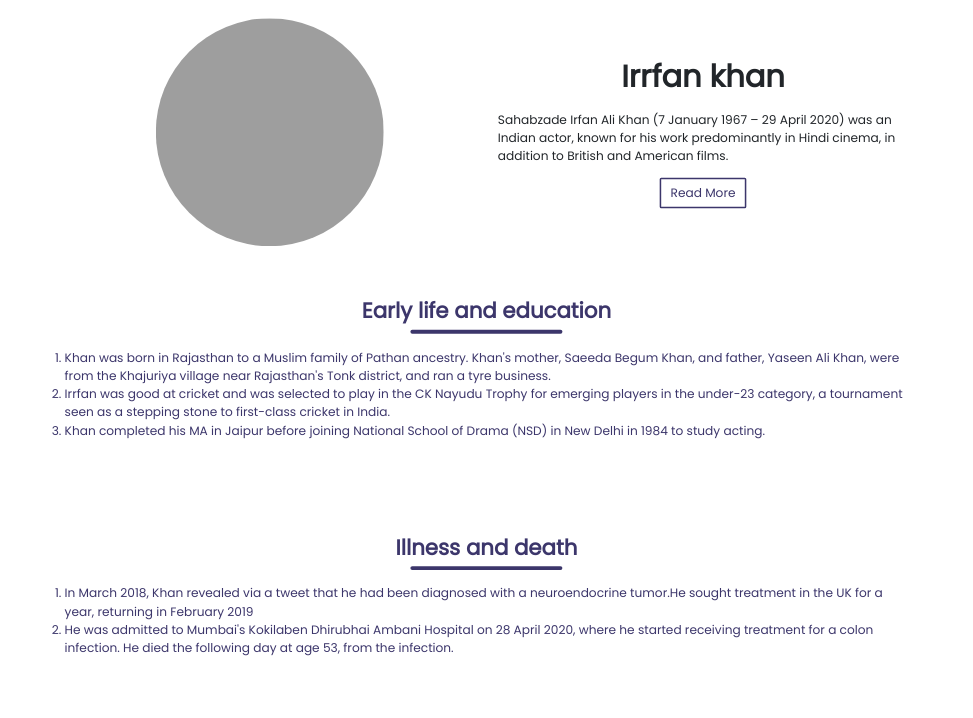
Repository: Mayur2905/OIBSIP
Page: Task-5/index.html
These files come from the project's save history. The page is drawn as it stood at one moment and after the next save; the edit follows.
The browser window is 1280 px wide. The pictures show the whole page, at 76% of full size.
Pictures or frames that could not be fetched are drawn as grey boxes.

Above is the page before, as saved 2022-02-04 14:54:35.

After the next save:
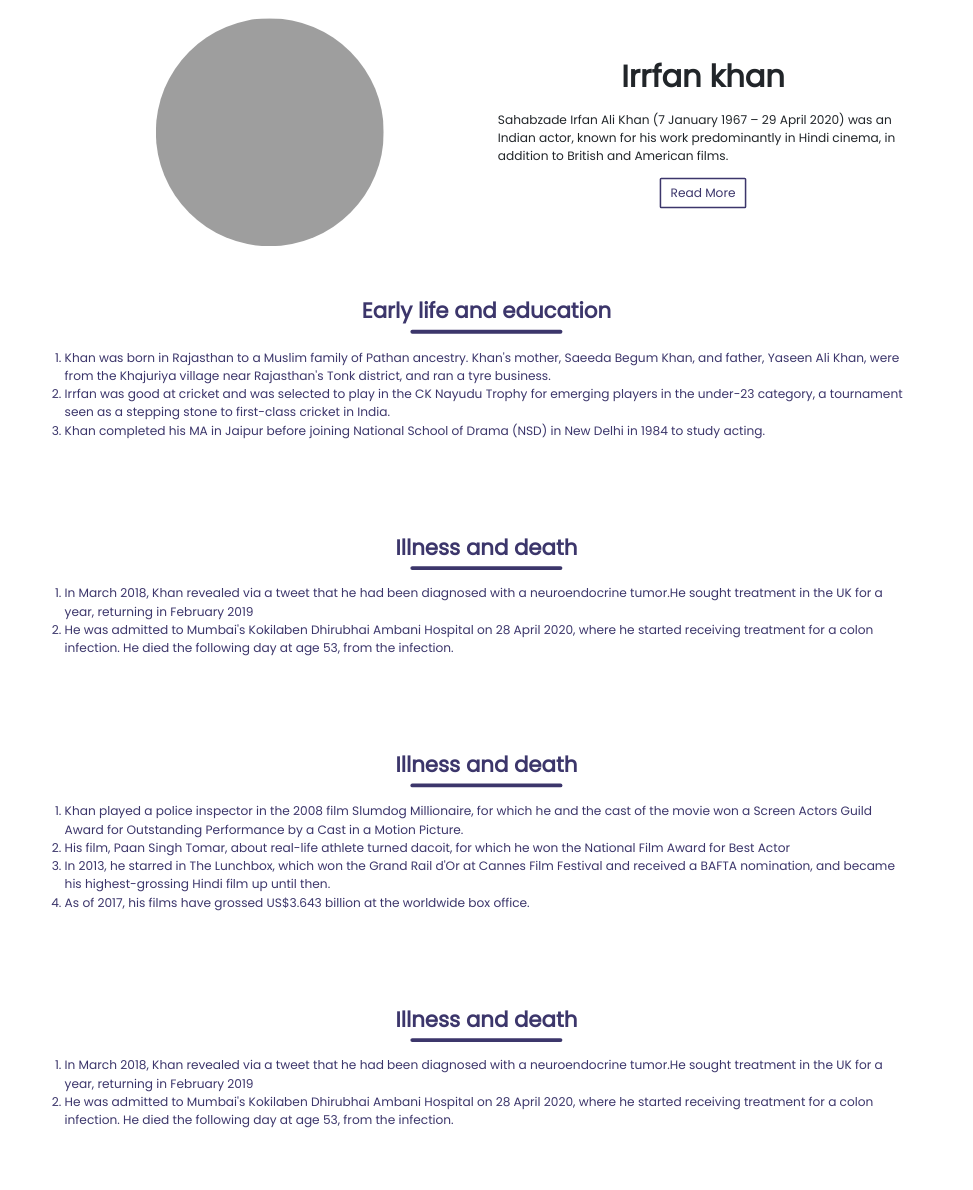
Saved 2 min 28 s later.
--- a/Task-5/index.html
+++ b/Task-5/index.html
@@ -57,7 +57,30 @@
                     <li> He was admitted to Mumbai's Kokilaben Dhirubhai Ambani Hospital on 28 April 2020, where he started receiving treatment for a colon infection. He died the following day at age 53, from the infection.</li>
             </ol>
         </div>
-
+    </section>
+    <section id="life">
+        <div class="container">
+            <h3 class="title text-center font-weight-bold">
+                Illness and death
+            </h3>
+            <ol class="py-4">
+                    <li> Khan played a police inspector in the 2008 film Slumdog Millionaire, for which he and the cast of the movie won a Screen Actors Guild Award for Outstanding Performance by a Cast in a Motion Picture.</li>
+                    <li> His film, Paan Singh Tomar, about real-life athlete turned dacoit, for which he won the National Film Award for Best Actor </li>
+                    <li>In 2013, he starred in The Lunchbox, which won the Grand Rail d'Or at Cannes Film Festival and received a BAFTA nomination, and became his highest-grossing Hindi film up until then.</li>
+                    <li>As of 2017, his films have grossed US$3.643 billion at the worldwide box office.</li>
+            </ol>
+        </div>
+    </section>
+    <section id="life">
+        <div class="container">
+            <h3 class="title text-center font-weight-bold">
+                Illness and death
+            </h3>
+            <ol class="py-4">
+                    <li> In March 2018, Khan revealed via a tweet that he had been diagnosed with a neuroendocrine tumor.He sought treatment in the UK for a year, returning in February 2019</li>
+                    <li> He was admitted to Mumbai's Kokilaben Dhirubhai Ambani Hospital on 28 April 2020, where he started receiving treatment for a colon infection. He died the following day at age 53, from the infection.</li>
+            </ol>
+        </div>
     </section>
 </body>
 </html>
